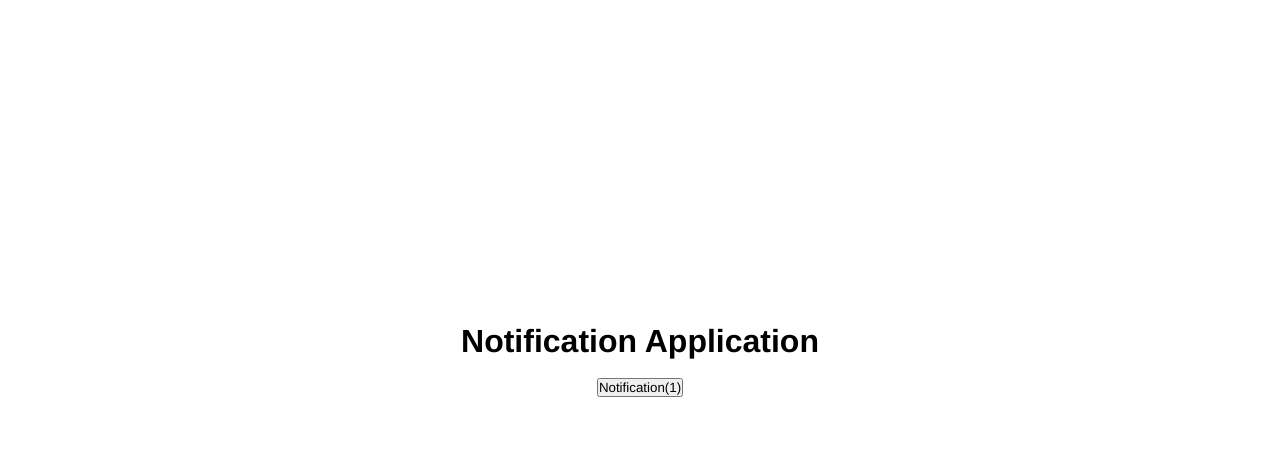
Repository: ThabangMpiti/notification3
Page: / (app in notipopu/)
An editor plug-in stored every save of this project. The page is shown before and after the next save, followed by the edit.
The browser window is 1280 px wide. The pictures show the whole page.
The project was rebuilt for these pictures with package versions that can differ from the ones it lists, and the page was loaded fresh each time. Also part of the build but not shown: notipopu/src/Components/Popup.css, notipopu/src/Components/notificationpopup.js.

Above is the page before, as saved 2023-07-17 09:49:07.

### notipopu/src/index.css
*{
  margin: 0;
  padding: 0;
  box-sizing: border-box;
  font-family: 'Franklin Gothic Medium', 'Arial Narrow', Arial, sans-serif;
}
main {
  padding: 32px;
  display: flex;
  flex-direction: column;
  align-items: center;
  justify-content: center;
  min-height: 100vh;
}

### notipopu/src/App.js
import Popup from "./Components/notificationpopup";
import record from "./Components/records.json";
import { useState } from 'react'

function App() {
  const [buttonPopup, setButtonPopup] =useState(false);

  return (
    <div className="App">
    <main>
      <h1>Notification Application</h1>
      <br/>
      <button onClick={() => setButtonPopup(true)}>Notification(1)</button>

      </main>
      <Popup trigger={buttonPopup} setTrigger=
      {setButtonPopup}>
        <h3>My popup</h3>
        <p>You have recieved a message from Mr V</p>
      </Popup>
    </div>
  );
}

export default App;

### notipopu/src/Components/records.json
[
    {
        "id":1,
        "Sender"  : "Nosipho Holomisa (1)",
        "Message" : "Complete the work of Mr V in time so the you can master all the code",
        "read"    : false
    },
    {
        "id":2,
        "Sender"  : "Thabang(1)",
        "Message" : "Complete the work of Mr V in time so the you can master all the code",
        "read"    : true
    },
    {
        "id":3,
        "Sender"  : "Thabang(1)",
        "Message" : "Complete the work of Mr V in time so the you can master all the code",
        "read"    : true
    }

]

Loaded but not shown: notipopu/src/index.js (common file)

After the next save:
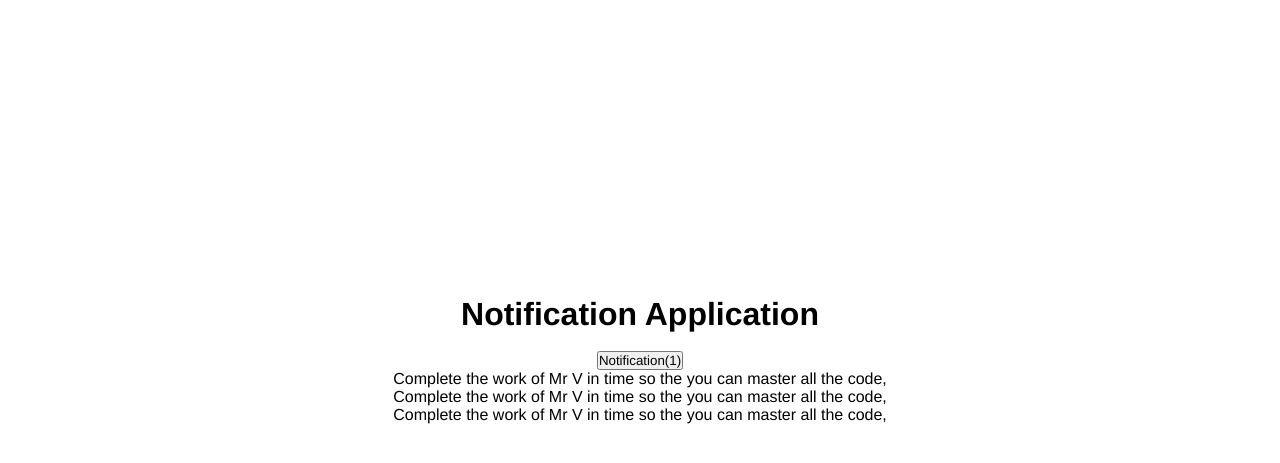
Saved 3 min 54 s later.
--- a/notipopu/src/App.js
+++ b/notipopu/src/App.js
@@ -11,7 +11,15 @@ function App() {
       <h1>Notification Application</h1>
       <br/>
       <button onClick={() => setButtonPopup(true)}>Notification(1)</button>
-
+      {
+        record.map( record => {
+          return(
+            <div key={record.id}>
+              {record.Message},
+            </div>
+          )
+        })
+      }
       </main>
       <Popup trigger={buttonPopup} setTrigger=
       {setButtonPopup}>
